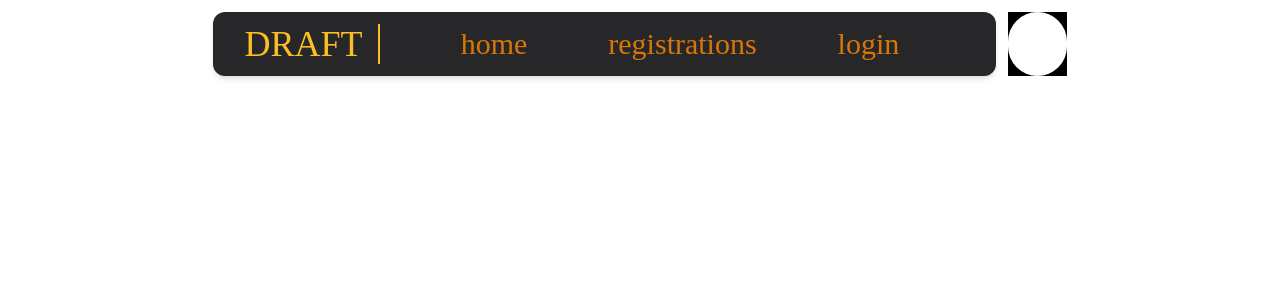
Repository: MehediMim/LeagueCrafter--Online-Auction-Platform-Project
Page: / (app in my-app/)
These files come from the project's save history. The page is drawn as it stood at one moment and after a run of saves; the edit follows.
The browser window is 1280 px wide. The pictures show the whole page.
Some web fonts or font styles are not loaded; a fallback is used. The project was rebuilt for these pictures with package versions that can differ from the ones it lists, and the page was loaded fresh each time. Also part of the build but not shown: my-app/vite.config.js, my-app/src/pages/Dashboard.jsx, my-app/src/pages/Login.jsx.

Above is the page before, as saved 2025-05-25 01:35:30.

### my-app/src/main.jsx
import { StrictMode } from 'react'
import { createRoot } from 'react-dom/client'
import React from 'react';
import ReactDOM from 'react-dom/client';
import './index.css'
import App from './App.jsx'
import { Auth0Provider } from '@auth0/auth0-react';
console.log("HELLO WORLD");
console.log('Domain:', import.meta.env.VITE_AUTH0_DOMAIN);
console.log('Client ID:', import.meta.env.VITE_AUTH0_CLIENT_ID);
console.log("HELLO WORLD");

ReactDOM.createRoot(document.getElementById('root')).render(
<React.StrictMode>
  <Auth0Provider
    domain={import.meta.env.VITE_AUTH0_DOMAIN}
    clientId={import.meta.env.VITE_AUTH0_CLIENT_ID}
    authorizationParams={{

      redirect_uri: window.location.origin,
      audience: import.meta.env.VITE_AUTH0_AUDIENCE
    }}
  >
    <App />
  </Auth0Provider>
</React.StrictMode>
);

### my-app/src/index.css
@import url('https://fonts.googleapis.com/css2?family=Bebas+Neue&display=swap');
@import url('https://fonts.googleapis.com/css2?family=Raleway:wght@400;700&display=swap');
@import url('https://fonts.googleapis.com/css2?family=Jaro&display=swap');
@import url('https://fonts.googleapis.com/css2?family=WDXL+Lubrifont+TC&display=swap');


@tailwind base;
@tailwind components;
@tailwind utilities;



:root {
  font-family: system-ui, Avenir, Helvetica, Arial, sans-serif;
  line-height: 1.5;
  font-weight: 400;

  color-scheme: light dark;
  color: rgba(255, 255, 255, 0.87);
  background-color: #242424;

  font-synthesis: none;
  text-rendering: optimizeLegibility;
  -webkit-font-smoothing: antialiased;
  -moz-osx-font-smoothing: grayscale;
}

a {
  font-weight: 500;
  color: #646cff;
  text-decoration: inherit;
}
a:hover {
  color: #535bf2;
}

body {
  margin: 0;
  display: flex;
  place-items: center;
  min-width: 320px;
  min-height: 100vh;
}

h1 {
  font-size: 3.2em;
  line-height: 1.1;
}

button {
  border-radius: 8px;
  border: 1px solid transparent;
  padding: 0.6em 1.2em;
  font-size: 1em;
  font-weight: 500;
  font-family: inherit;
  background-color: #1a1a1a;
  cursor: pointer;
  transition: border-color 0.25s;
}
button:hover {
  border-color: #646cff;
}
button:focus,
button:focus-visible {
  outline: 4px auto -webkit-focus-ring-color;
}

@media (prefers-color-scheme: light) {
  :root {
    color: #213547;
    background-color: #ffffff;
  }
  a:hover {
    color: #747bff;
  }
  button {
    background-color: #f9f9f9;
  }
}

### my-app/src/App.jsx
import { BrowserRouter, Routes, Route } from "react-router-dom";
import Navbar from "./components/Navbar";
import Home from "./pages/Home";
import Dashboard from "./pages/Dashboard";
import Login from "./pages/Login";


export default function App() {
  return (
    <BrowserRouter>
      <Navbar />
      <Routes>
        <Route path="/" element={<Home />} />
        <Route path="/dashboard" element={<Dashboard />} />
        <Route path="/login" element={<Login />} />
        {/* <Route path="/auction" element={<AuctionRoom />} /> */}
        {/* <Route path="*" element={<NotFound />} /> */}
      </Routes>
    </BrowserRouter>
  );
}

### my-app/src/components/Navbar.jsx
import { Link } from "react-router-dom";
import { useAuth0 } from "@auth0/auth0-react";

export default function Navbar(params) {

  const { user, isAuthenticated, isLoading, loginWithRedirect, logout } = useAuth0();

  return (
    <div className="h-16 w-screen absolute top-3 z-50 flex justify-center">
      <div className="w-2/3 flex justify-center">
        <div className="bg-zinc-800 shadow-md p-4 rounded-xl w-full flex items-center">
          {/* <div className="w-auto h-auto rounded-xl m-4 flex p-4"> */}
          <div className="w-1/4 border-r-2 border-amber-400 flex justify-center">
            <Link><h1 className="font-jaro text-4xl text-amber-400 hover:text-white">DRAFT</h1></Link>
          </div>
          <div className="w-full flex justify-evenly   items-center">
            <Link to="/" className="text-amber-600 hover:text-white"><h1 className="text-3xl font-jaro">home</h1></Link>
            <Link className="text-amber-600 hover:text-white"><h1 className="text-3xl font-jaro">registrations</h1></Link>
            {!isAuthenticated && <Link to="/login" className="text-amber-600 hover:text-white"><h1 className="text-3xl  font-jaro">login</h1></Link>}
            {isAuthenticated && <Link to="/dashboard" className="text-amber-600 hover:text-white"><h1 className="text-3xl  font-jaro">dashboard</h1></Link>}

          </div>
          {/* </div> */}
        </div>
        <div className=" h-16 w-16 bg-black ml-3">
          <div className="rounded-full bg-white h-full">

          </div>
        </div>
      </div>
    </div>
  )
};

### my-app/src/pages/Home.jsx
export default function Home(params) {
    return (
        <div className="flex justify-center item-center w-screen">
            <div className="justify-start flex flex-col">
                <div>
                    <h1 className="text-xl font-raleway text-white font-bold">Your Squad, Your Strategy — Build It Live!</h1>
                </div>
                <div className="flex justify-start pt-2">
                <button className="font-jaro text-white hover:bg-white hover:text-black">Create</button>
                </div>
            </div>
        </div>
    )
};

### my-app/tailwind.config.js
/** @type {import('tailwindcss').Config} */
export default {
  content: [
    "./index.html",
    "./src/**/*.{js,ts,jsx,tsx}",
  ],
  theme: {
    extend: {
      fontFamily: {
        bebas: ['"Bebas Neue"', 'cursive'],
        raleway: ['Raleway', 'sans-serif'],
        jaro: ['Jaro', 'cursive'],
        lubrifont: ['Lubrifont', 'sans-serif'],
      },
    },
  },
  plugins: [],
}

Loaded but not shown: my-app/index.html (common file)

After the next 2 saves:
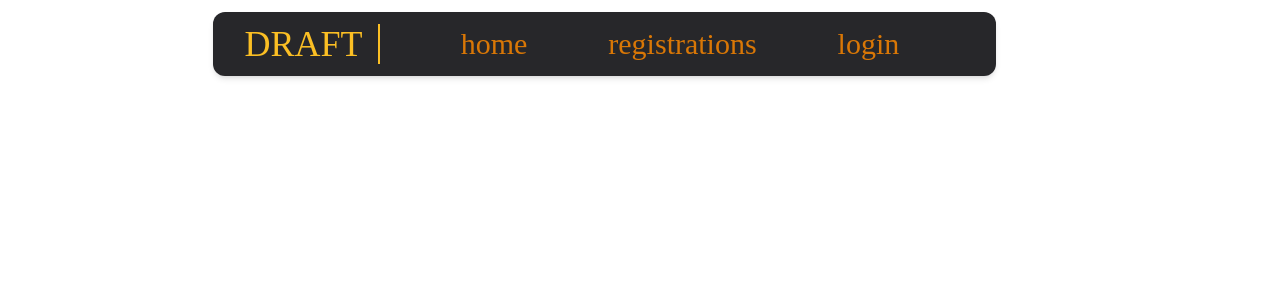
The 2 saves are shown as one change because they came seconds apart.
The last was saved 8 s later.
--- a/my-app/src/components/Navbar.jsx
+++ b/my-app/src/components/Navbar.jsx
@@ -22,8 +22,8 @@ export default function Navbar(params) {
           </div>
           {/* </div> */}
         </div>
-        <div className=" h-16 w-16 bg-black ml-3">
-          <div className="rounded-full bg-white h-full">
+        <div className=" h-16 w-16  ml-3">
+          <div className="rounded-full  h-full">
 
           </div>
         </div>
